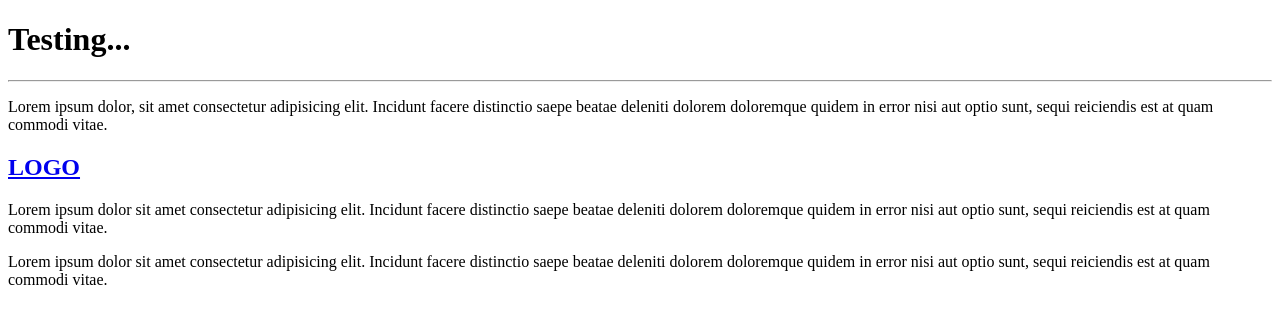
Repository: MarcioFreitasUFSC21/Proejct00
Page: ExampleSite/Assets/index2.html
These files come from the project's save history. The page is drawn as it stood at one moment and after the next save; the edit follows.
The browser window is 1280 px wide. The pictures show the whole page.

Above is the page before, as saved 2023-03-18 17:00:04.

### ExampleSite/Assets/index2.html
<!DOCTYPE html>
<html lang="pt-br">
<head>
    <meta charset="UTF-8">
    <meta http-equiv="X-UA-Compatible" content="IE=edge">
    <meta name="viewport" content="width=device-width, initial-scale=1.0">
    <title>The first page</title>
</head>
<body>
    <h1> Testing... </h1>
    <hr>
    <p> Lorem ipsum dolor, sit amet consectetur adipisicing elit. Incidunt facere distinctio saepe beatae deleniti dolorem doloremque quidem in error nisi aut optio sunt, sequi reiciendis est at quam commodi vitae.</p>
    <section>
        <div>
            <h1> <a href ="#"> LOGO </a></h1>
            <p> Lorem ipsum dolor sit amet consectetur adipisicing elit. Incidunt facere distinctio saepe beatae deleniti dolorem doloremque quidem in error nisi aut optio sunt, sequi reiciendis est at quam commodi vitae.</p>
            <nav>
            <p>Lorem ipsum dolor sit amet consectetur adipisicing elit. Incidunt facere distinctio saepe beatae deleniti dolorem doloremque quidem in error nisi aut optio sunt, sequi reiciendis est at quam commodi vitae.</p>
        </nav>
        </div>


    </section>
</body>
</html>

After the next save:
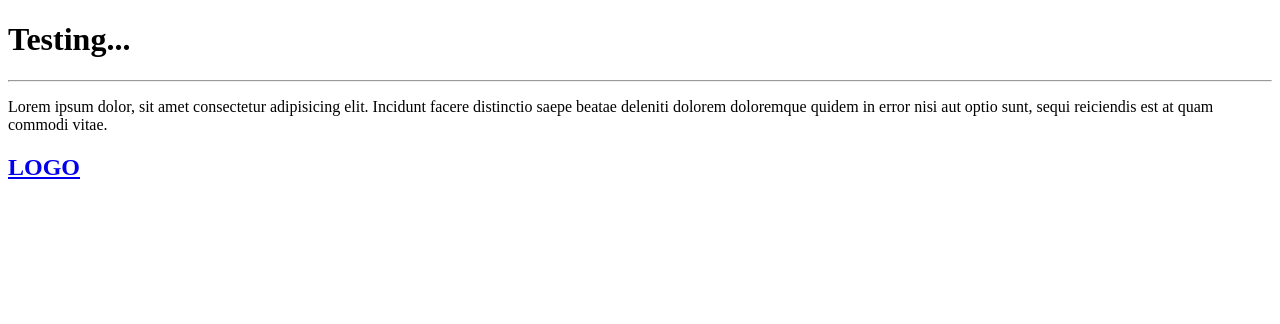
Saved 25 s later.
--- a/ExampleSite/Assets/index2.html
+++ b/ExampleSite/Assets/index2.html
@@ -13,10 +13,7 @@
     <section>
         <div>
             <h1> <a href ="#"> LOGO </a></h1>
-            <p> Lorem ipsum dolor sit amet consectetur adipisicing elit. Incidunt facere distinctio saepe beatae deleniti dolorem doloremque quidem in error nisi aut optio sunt, sequi reiciendis est at quam commodi vitae.</p>
-            <nav>
-            <p>Lorem ipsum dolor sit amet consectetur adipisicing elit. Incidunt facere distinctio saepe beatae deleniti dolorem doloremque quidem in error nisi aut optio sunt, sequi reiciendis est at quam commodi vitae.</p>
-        </nav>
+
         </div>
 
 
